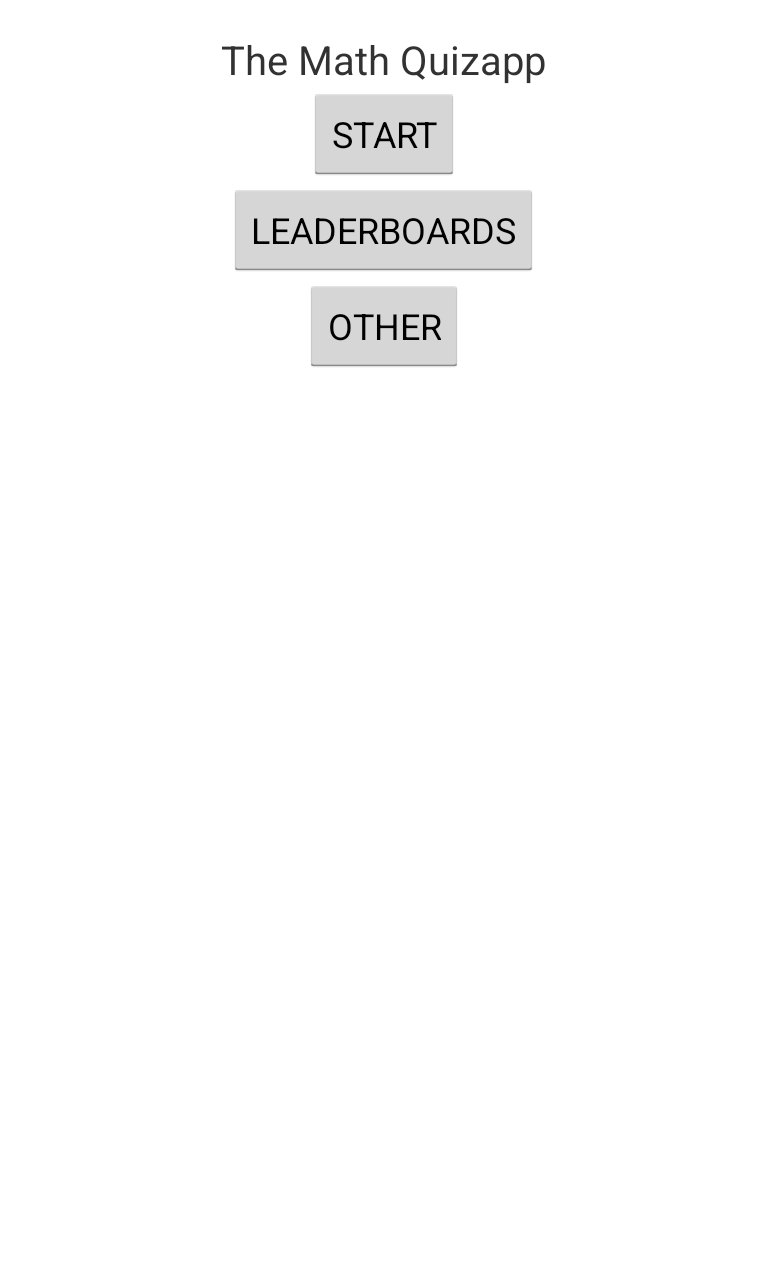
Repository: l2y/MathQuizApp
Layout: MathQuiz/res/layout/activity_start.xml
These files come from the project's save history. The layout is drawn as it stood at one moment and after the next save; the edit follows.
It is drawn on a 768 x 1280 px phone screen (xhdpi) without system bars, with theme AppTheme; the app's code is not run.

Above is the layout before, as saved 2014-04-08 00:48:58.

### MathQuiz/res/layout/activity_start.xml
<LinearLayout xmlns:android="http://schemas.android.com/apk/res/android"
    xmlns:tools="http://schemas.android.com/tools"
    android:layout_width="match_parent"
    android:layout_height="match_parent"
    android:paddingBottom="@dimen/activity_vertical_margin"
    android:paddingLeft="@dimen/activity_horizontal_margin"
    android:paddingRight="@dimen/activity_horizontal_margin"
    android:paddingTop="@dimen/activity_vertical_margin"
    tools:context=".StartActivity"
    android:orientation="vertical"
    android:gravity="center_horizontal">

    <TextView
        android:layout_width="wrap_content"
        android:layout_height="wrap_content"
        android:text="@string/title"
        android:gravity="center_vertical"
        android:textSize="20sp"/>

    <Button
        android:layout_width="wrap_content"
        android:layout_height="wrap_content"
        android:text="@string/start"/>

    <Button
        android:layout_width="wrap_content"
        android:layout_height="wrap_content"
        android:text="@string/leaderboards"/>

    <Button
        android:layout_width="wrap_content"
        android:layout_height="wrap_content"
        android:text="@string/other"/>

</LinearLayout>

### MathQuiz/res/values/strings.xml
<?xml version="1.0" encoding="utf-8"?>
<resources>

    <string name="app_name">Brain Up Mathematics</string>
    <string name="action_settings">Settings</string>
    <string name="title">The Math Quizapp</string>
    <string name="title_activity_quiz">QuizActivity</string>
    <string name="holder_equation">9 x 9 = ?</string>

<!--     Button Names -->
	<string name="start">START</string>
	<string name="leaderboards">LEADERBOARDS</string>
	<string name="other">OTHER</string>

</resources>

Loaded but not shown: MathQuiz/res/values/styles.xml (common file); MathQuiz/res/values-v11/styles.xml (common file); MathQuiz/res/values-v14/styles.xml (common file); MathQuiz/res/values/dimens.xml (common file)

After the next save:
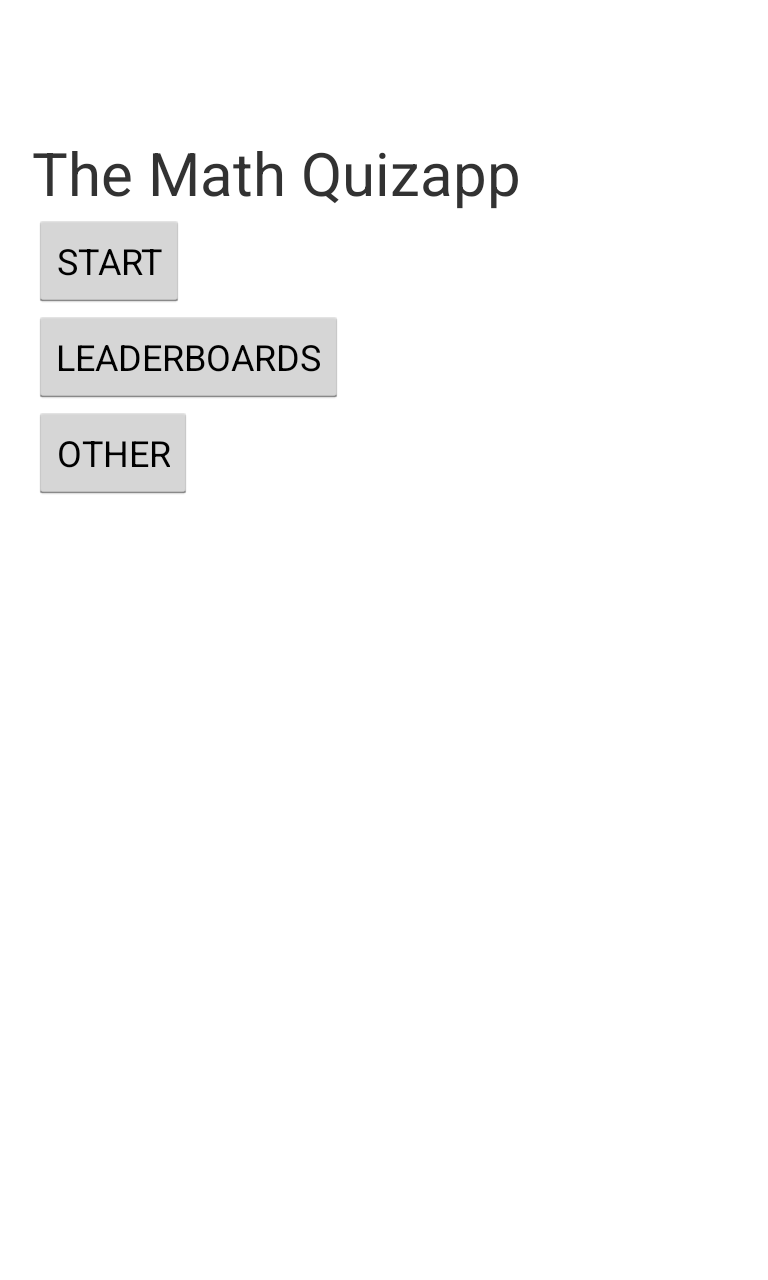
Saved 46 s later.
--- a/MathQuiz/res/layout/activity_start.xml
+++ b/MathQuiz/res/layout/activity_start.xml
@@ -7,15 +7,15 @@
     android:paddingRight="@dimen/activity_horizontal_margin"
     android:paddingTop="@dimen/activity_vertical_margin"
     tools:context=".StartActivity"
-    android:orientation="vertical"
-    android:gravity="center_horizontal">
+    android:orientation="vertical">
 
     <TextView
         android:layout_width="wrap_content"
         android:layout_height="wrap_content"
+        android:gravity="center_vertical"
         android:text="@string/title"
-        android:gravity="center_vertical"
-        android:textSize="20sp"/>
+        android:textSize="30sp"
+        android:layout_marginTop="50sp"/>
 
     <Button
         android:layout_width="wrap_content"
